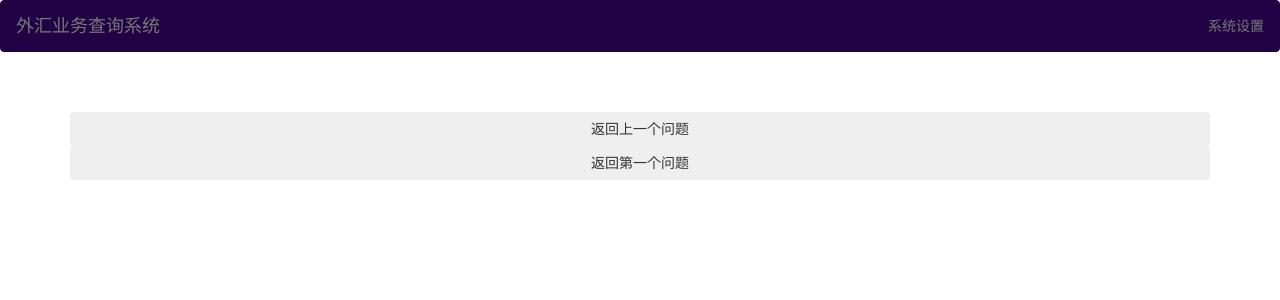
Repository: xyj4421/BG_demo
Page: BG_demo2/WebRoot/index2.html
An editor plug-in stored every save of this project. The page is shown before and after the next save, followed by the edit.
The browser window is 1280 px wide. The pictures show the whole page.

Above is the page before, as saved 2015-10-23 02:58:23.

### BG_demo2/WebRoot/index2.html
<!DOCTYPE html>
<html lang="en">
  <head>
    <meta charset="utf-8">
    <meta http-equiv="X-UA-Compatible" content="IE=edge">
    <meta name="viewport" content="width=device-width, initial-scale=1">
    <!-- The above 3 meta tags *must* come first in the head; any other head content must come *after* these tags -->
    <meta name="description" content="">
    <meta name="author" content="">

    <title>Starter Template for Bootstrap</title>
<link rel="stylesheet" href="bootstrap/css/bootstrap.min.css" type="text/css"></link>

  </head>

  <body>
<nav class="navbar navbar-default">
  <div class="container-fluid">
    <!-- Brand and toggle get grouped for better mobile display -->
    <div class="navbar-header">
      <button type="button" class="navbar-toggle collapsed" data-toggle="collapse" data-target="#bs-example-navbar-collapse-1" aria-expanded="false">
        <span class="sr-only">Toggle navigation</span>
        <span class="icon-bar"></span>
        <span class="icon-bar"></span>
        <span class="icon-bar"></span>
      </button>
      <a class="navbar-brand" href="#">外汇业务查询系统</a>
    </div>

    <!-- Collect the nav links, forms, and other content for toggling -->
    <!--
    <div class="collapse navbar-collapse" id="bs-example-navbar-collapse-1">
      <ul class="nav navbar-nav">
        <li class="active"><a href="#">Link <span class="sr-only">(current)</span></a></li>
        <li><a href="#">Link</a></li>
        <li class="dropdown">
          <a href="#" class="dropdown-toggle" data-toggle="dropdown" role="button" aria-haspopup="true" aria-expanded="false">Dropdown <span class="caret"></span></a>
          <ul class="dropdown-menu">
            <li><a href="#">Action</a></li>
            <li><a href="#">Another action</a></li>
            <li><a href="#">Something else here</a></li>
            <li role="separator" class="divider"></li>
            <li><a href="#">Separated link</a></li>
            <li role="separator" class="divider"></li>
            <li><a href="#">One more separated link</a></li>
          </ul>
        </li>
      </ul>
      <form class="navbar-form navbar-left" role="search">
        <div class="form-group">
          <input type="text" class="form-control" placeholder="Search">
        </div>
        <button type="submit" class="btn btn-default">Submit</button>
      </form>
       -->
      <ul class="nav navbar-nav navbar-right">
        <li><a href="#">系统设置</a></li>
        <!-- <li class="dropdown">
          <a href="#" class="dropdown-toggle" data-toggle="dropdown" role="button" aria-haspopup="true" aria-expanded="false">Dropdown <span class="caret"></span></a>
          <ul class="dropdown-menu">
            <li><a href="#">Action</a></li>
            <li><a href="#">Another action</a></li>
            <li><a href="#">Something else here</a></li>
            <li role="separator" class="divider"></li>
            <li><a href="#">Separated link</a></li>
          </ul>
        </li>
         -->
      </ul>
    </div><!-- /.navbar-collapse -->
  </div><!-- /.container-fluid -->
</nav>

    <div class="container">
    <div class="row-fluid">
		<div class="span12">

			<div class="row-fluid">
				<div class="span3">
				</div>
				<div class="span6">
					<h1></h1>
					<table class="table">
					</table>
					<div class="row-fluid">
						<div class="span6">
							 <button class="btn btn-block" type="button">返回上一个问题</button>
						</div>
						<div class="span6">
							 <button class="btn btn-block" type="button">返回第一个问题</button>
						</div>
					</div>
				</div>
				<div class="span3">
				</div>
			</div>
		</div>
	</div>


<!--
      <div >
        <h1>Bootstrap starter template</h1>
        <p class="lead">Use this document as a way to quickly start any new project.<br> All you get is this text and a mostly barebones HTML document.</p>
      </div>
 -->
    </div><!-- /.container -->


    <!-- Bootstrap core JavaScript
    ================================================== -->
    <!-- Placed at the end of the document so the pages load faster -->
   <script type="text/javascript" src="jquery/jquery-1.11.3.min.js"></script>
   <script type="text/javascript" src="bootstrap/js/bootstrap.min.js"></script>
     </body>
</html>

Loaded but not shown: BG_demo2/WebRoot/bootstrap/css/bootstrap.min.css (library); BG_demo2/WebRoot/jquery/jquery-1.11.3.min.js (library); BG_demo2/WebRoot/bootstrap/js/bootstrap.min.js (library)

After the next save:
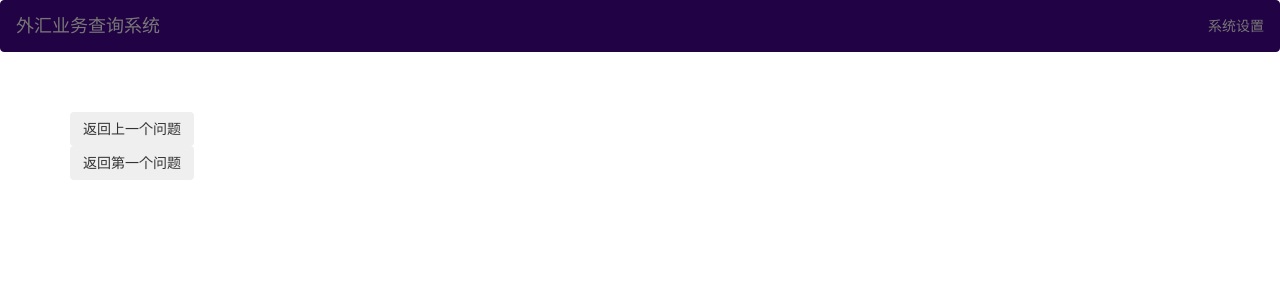
Saved 3 min 45 s later.
--- a/BG_demo2/WebRoot/index2.html
+++ b/BG_demo2/WebRoot/index2.html
@@ -84,10 +84,10 @@
 					</table>
 					<div class="row-fluid">
 						<div class="span6">
-							 <button class="btn btn-block" type="button">返回上一个问题</button>
+							 <button class="btn" type="button">返回上一个问题</button>
 						</div>
 						<div class="span6">
-							 <button class="btn btn-block" type="button">返回第一个问题</button>
+							 <button class="btn" type="button">返回第一个问题</button>
 						</div>
 					</div>
 				</div>

After the save that followed:
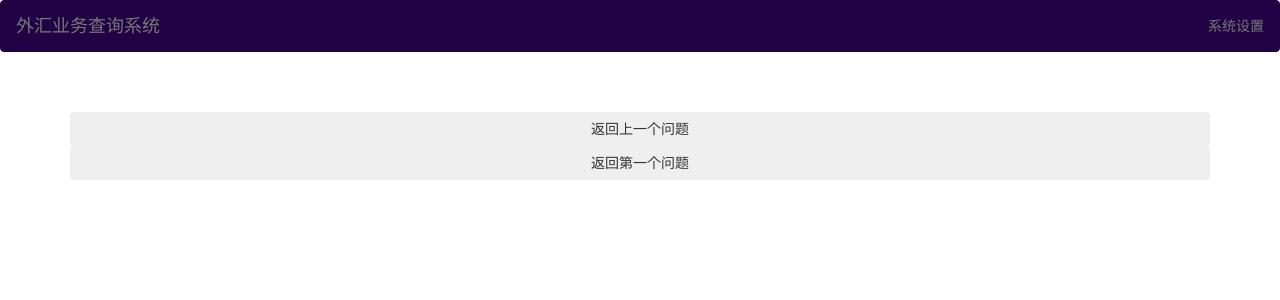
Saved 14 s later.
--- a/BG_demo2/WebRoot/index2.html
+++ b/BG_demo2/WebRoot/index2.html
@@ -84,10 +84,10 @@
 					</table>
 					<div class="row-fluid">
 						<div class="span6">
-							 <button class="btn" type="button">返回上一个问题</button>
+							 <button class="btn btn-block" type="button">返回上一个问题</button>
 						</div>
 						<div class="span6">
-							 <button class="btn" type="button">返回第一个问题</button>
+							 <button class="btn btn-block" type="button">返回第一个问题</button>
 						</div>
 					</div>
 				</div>
